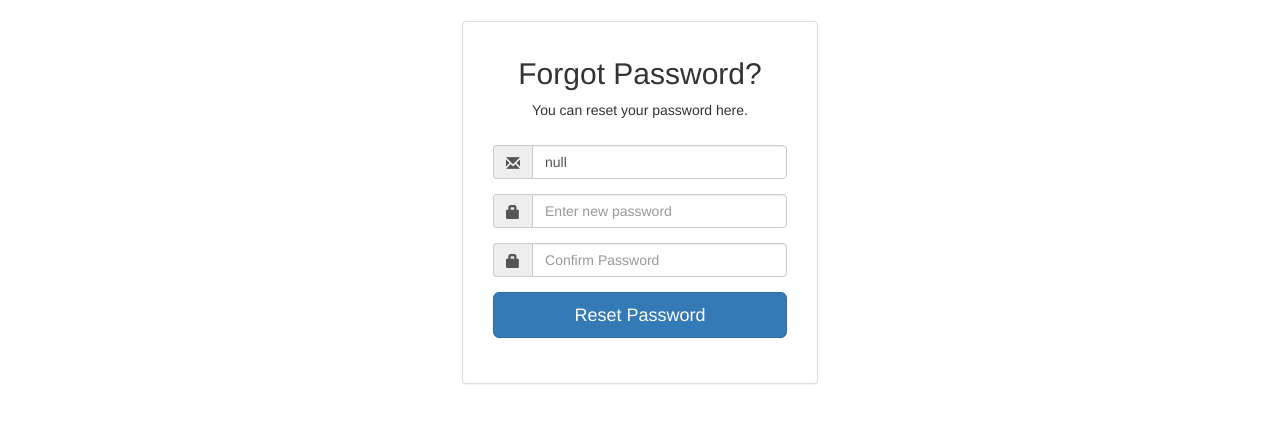
Repository: jayakumar721/projects
Page: http://localhost/TestEngine/reset.jsp
The author's editor kept a copy of each file at every save. The page is drawn from the files as they stood at one save, then again after the next save.
The browser window is 1280 px wide. The pictures show the whole page.
Some web libraries are served in a nearby version. The page is served by Tomcat 9. Other server files are loaded and not shown.

Above is the page before, as saved 2017-11-28 13:03:54.

### TestEngine/WebContent/reset.jsp
<%@ page language="java" contentType="text/html; charset=UTF-8"
    pageEncoding="UTF-8"%>
<!DOCTYPE html PUBLIC "-//W3C//DTD HTML 4.01 Transitional//EN" "http://www.w3.org/TR/html4/loose.dtd">
<html>
<head>
<meta http-equiv="Content-Type" content="text/html; charset=UTF-8">
<title>reset</title>
<link rel="stylesheet"
	href="https://maxcdn.bootstrapcdn.com/bootstrap/3.3.7/css/bootstrap.min.css">

<!-- jQuery library -->
<script
	src="https://ajax.googleapis.com/ajax/libs/jquery/3.2.1/jquery.min.js"></script>
<script src="vendor/jquery-validation/dist/jquery.validate.min.js"></script>

<!-- Latest compiled JavaScript -->
<script
	src="https://maxcdn.bootstrapcdn.com/bootstrap/3.3.7/js/bootstrap.min.js"></script>

<style type="text/css">
.container {
	padding: 20px;
	border-radius: 10px;
	position: absolute;
	border: 1px solid #fff;
	margin: auto;
	top: 0;
	right: 0;
	bottom: 0;
	left: 0;
}

.form-gap {
    padding-top: 70px;
}
</style>
</head>
<body>
<div class="form-gap"></div>
	<div class="container">
		<div class="row">
			<div class="col-md-4 col-md-offset-4">
				<div class="panel panel-default">
					<div class="panel-body">
						<div class="text-center">
							<h3>
								<i class="fa fa-lock fa-4x"></i>
							</h3>
							<h2 class="text-center">Forgot Password?</h2>
							<p>You can reset your password here.</p>
							<div class="panel-body">

								<form id="register-form" role="form" autocomplete="off" action="UserValidateServlet"
									class="form" method="post">

									<div class="form-group">
										<div class="input-group">
											<span class="input-group-addon"><i
												class="glyphicon glyphicon-envelope color-blue"></i></span> <input
												id="email" name="email" value="<%=session.getAttribute("email") %>"
												class="form-control" type="email">
										</div>
									</div>
									<div class="form-group">
										<div class="input-group">
											<span class="input-group-addon"><i
												class="glyphicon glyphicon-lock color-blue"></i></span> <input
												id="password" name="password"
												class="form-control" type="password" placeholder="Enter new password">
										</div>
									</div>
									<div class="form-group">
										<div class="input-group">
											<span class="input-group-addon"><i
												class="glyphicon glyphicon-lock color-blue"></i></span> <input
												id="confirm-password" name="confirm-password" placeholder="Confirm Password"
												class="form-control" type="password">
										</div>
									</div>
									<div class="form-group">
										<input name="recover-submit"
											class="btn btn-lg btn-primary btn-block"
											value="Reset Password" type="submit">
									</div>

									<input type="hidden" class="hide" name="option" id="token"
										value="reset">
								</form>

							</div>
						</div>
					</div>
				</div>
			</div>
		</div>
	</div>
</body>
</html>

After the next save:
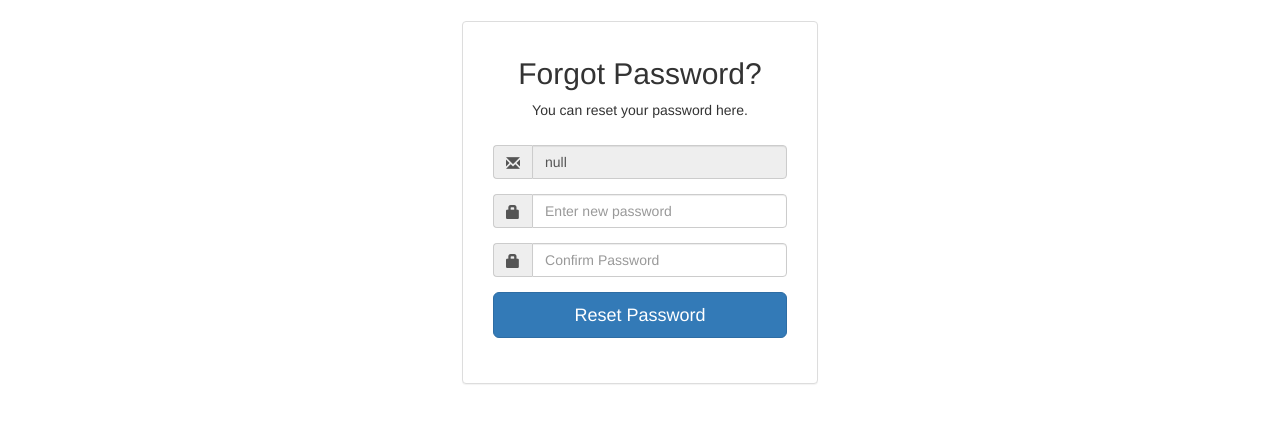
Saved 4 min 39 s later.
--- a/TestEngine/WebContent/reset.jsp
+++ b/TestEngine/WebContent/reset.jsp
@@ -58,7 +58,7 @@
 											<span class="input-group-addon"><i
 												class="glyphicon glyphicon-envelope color-blue"></i></span> <input
 												id="email" name="email" value="<%=session.getAttribute("email") %>"
-												class="form-control" type="email">
+												class="form-control" type="email" readonly>
 										</div>
 									</div>
 									<div class="form-group">
